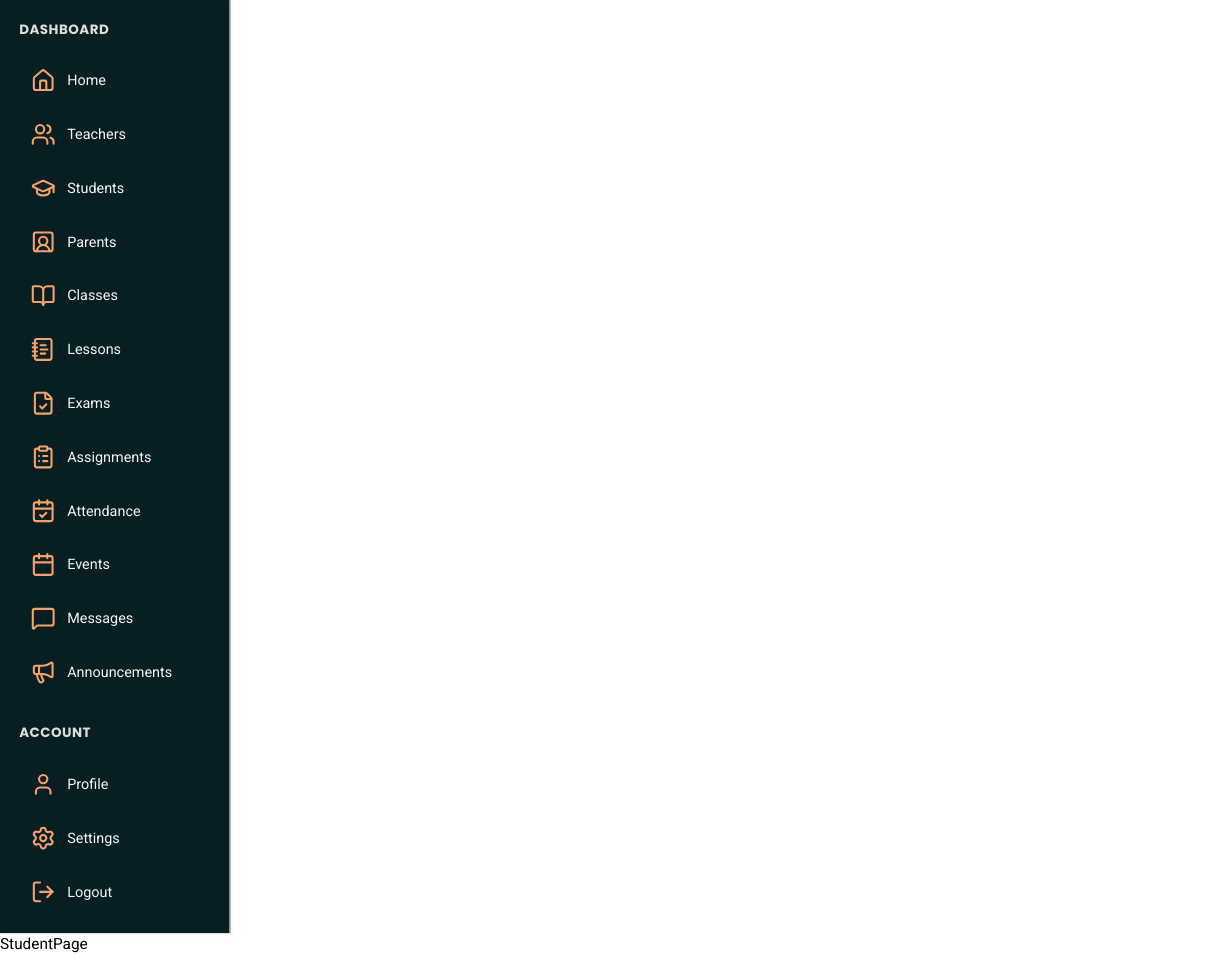
Repository: GlorifiedIntel/student-portal
Page: /student
An editor plug-in stored every save of this project. The page is shown before and after the next save, followed by the edit.
The browser window is 1280 px wide. The pictures show the whole page, at 96% of full size.
The project was rebuilt for these pictures with package versions that can differ from the ones it lists, and the page was loaded fresh each time. The framework's server and built-in components were replaced by stand-ins that run in the browser. Also part of the build but not shown: next.config.mjs, src/app/(dashboard)/Layout.module.css.

Above is the page before, as saved 2025-08-21 14:23:02.

After the next save:
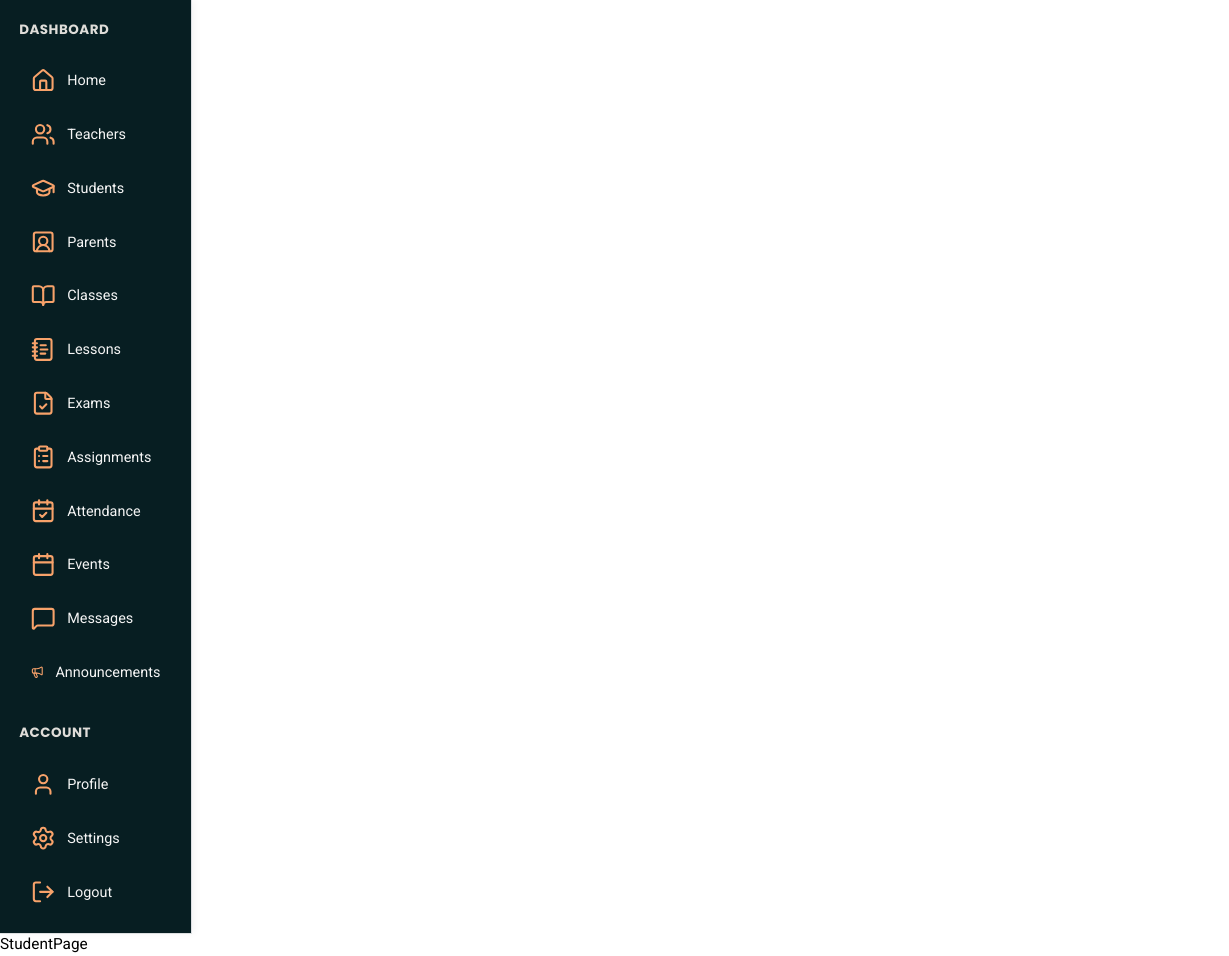
Saved 10 s later.
--- a/src/components/Menu.module.css
+++ b/src/components/Menu.module.css
@@ -1,5 +1,5 @@
 .menu {
-  width: 240px;
+  width: 200px;
   background-color: #071E22;
   border-right: 1px solid #e5e7eb;
   padding: 20px;
